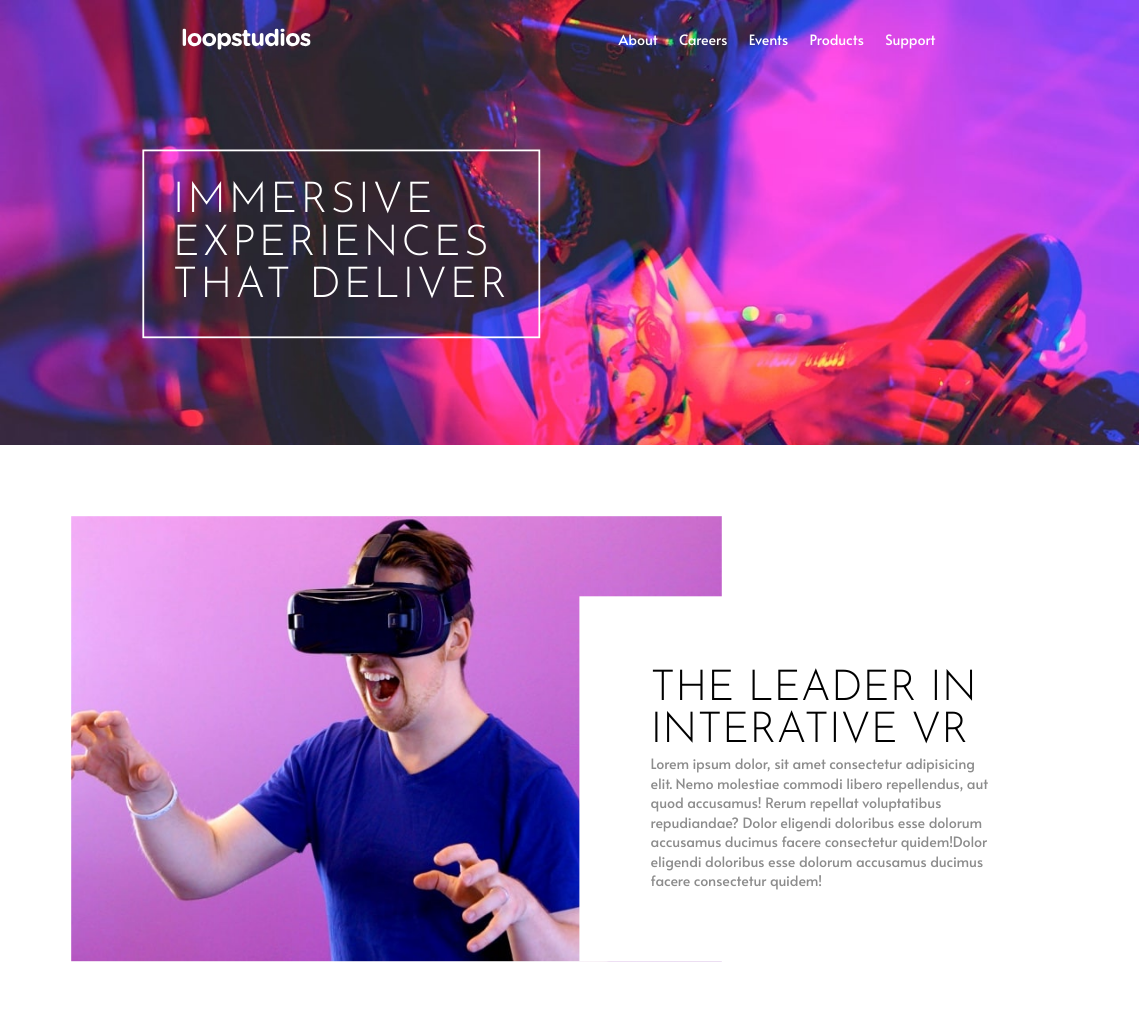
Repository: gligor99/loopstudios-fm
Page: /
An editor plug-in stored every save of this project. The page is shown before and after the next save, followed by the edit.
The browser window is 1280 px wide. The pictures show the whole page, at 89% of full size.
Backgrounds fixed to the window are drawn as part of the page. The project was rebuilt for these pictures with package versions that can differ from the ones it lists, and the page was loaded fresh each time.

Above is the page before, as saved 2021-11-28 15:49:00.

After the next save:
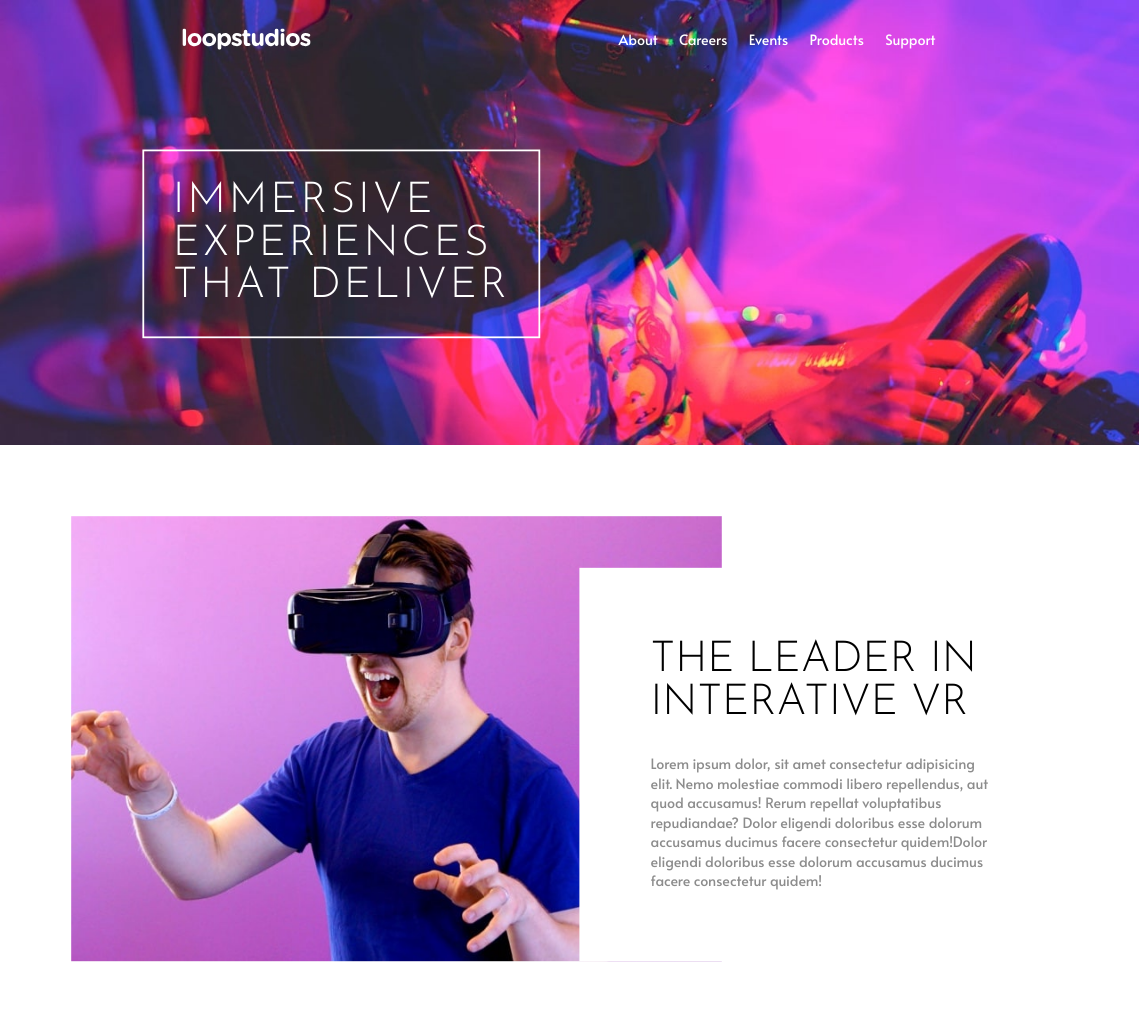
Saved 19 s later.
--- a/src/components/About/about.css
+++ b/src/components/About/about.css
@@ -27,4 +27,5 @@
 
 .about-p {
   color: var(--clr-dark-gray);
+  padding-top: 2rem;
 }
